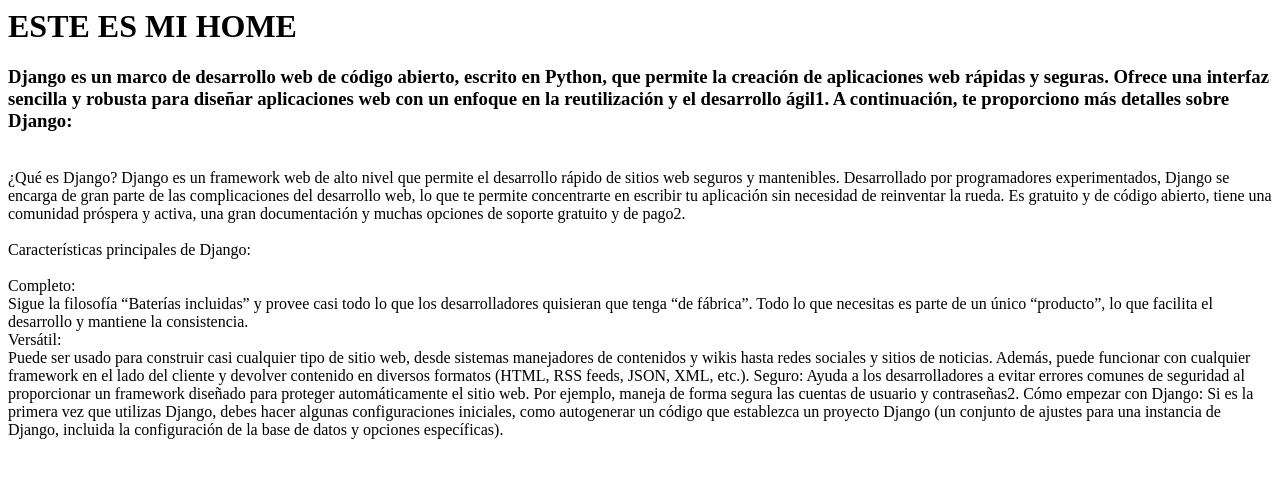
Repository: profe-ggarrido/desaf-aplic-web-python
Page: http://localhost/
An editor plug-in stored every save of this project. The page is shown before and after the next save, followed by the edit.
The browser window is 1280 px wide. The pictures show the whole page.
The page is served by the project's application, run on Django 4.2 (pro_alfa/manage.py). Other server files are loaded and not shown.

Above is the page before, as saved 2024-04-30 13:37:16.

### pro_alfa/mascotasApp/views.py
from django.shortcuts import render

#Se debe importar la libreria HttpResponse
from django.http import HttpResponse


def home(request):
    return HttpResponse(
        """
        <h1>ESTE ES MI HOME</h1>
        <h3>Django es un marco de desarrollo web de código abierto, escrito en Python, que permite la creación de aplicaciones web rápidas y seguras. Ofrece una interfaz sencilla y robusta para diseñar aplicaciones web con un enfoque en la reutilización y el desarrollo ágil1. A continuación, te proporciono más detalles sobre Django:</h3><br>

¿Qué es Django?
Django es un framework web de alto nivel que permite el desarrollo rápido de sitios web seguros y mantenibles.
Desarrollado por programadores experimentados, Django se encarga de gran parte de las complicaciones del desarrollo web, lo que te permite concentrarte en escribir tu aplicación sin necesidad de reinventar la rueda.
Es gratuito y de código abierto, tiene una comunidad próspera y activa, una gran documentación y muchas opciones de soporte gratuito y de pago2.<br><br>
Características principales de Django:<br><br>
Completo: <br>Sigue la filosofía “Baterías incluidas” y provee casi todo lo que los desarrolladores quisieran que tenga “de fábrica”. Todo lo que necesitas es parte de un único “producto”, lo que facilita el desarrollo y mantiene la consistencia.<br>
Versátil: <br>Puede ser usado para construir casi cualquier tipo de sitio web, desde sistemas manejadores de contenidos y wikis hasta redes sociales y sitios de noticias. Además, puede funcionar con cualquier framework en el lado del cliente y devolver contenido en diversos formatos (HTML, RSS feeds, JSON, XML, etc.).
Seguro: Ayuda a los desarrolladores a evitar errores comunes de seguridad al proporcionar un framework diseñado para proteger automáticamente el sitio web. Por ejemplo, maneja de forma segura las cuentas de usuario y contraseñas2.
Cómo empezar con Django:
Si es la primera vez que utilizas Django, debes hacer algunas configuraciones iniciales, como autogenerar un código que establezca un proyecto Django (un conjunto de ajustes para una instancia de Django, incluida la configuración de la base de datos y opciones específicas).

    """
    )

def about(request):
    return HttpResponse("""
            <p>Lorem ipsum dolor sit amet consectetur, adipisicing elit. Cum laboriosam numquam consequatur,
            placeat natus voluptas dolorum, fugit excepturi rerum aliquid possimus at facilis laborum s
            ed? Vitae temporibus officia quos fuga.</p>

            """)


def contacto(request):
    return HttpResponse("""
        <!DOCTYPE html>
<html lang="es">
<head>
    <meta charset="UTF-8">
    <meta name="viewport" content="width=device-width, initial-scale=1.0">
    <title>Formulario de Contacto</title>
</head>
<body>
    <h2>Formulario de Contacto</h2>
    <form action="#" method="POST">
        <div>
            <label for="nombre">Nombre:</label>
            <input type="text" id="nombre" name="nombre" required>
        </div>
        <div>
            <label for="email">Correo Electrónico:</label>
            <input type="email" id="email" name="email" required>
        </div>
        <div>
            <label for="comentario">Comentario:</label>
            <textarea id="comentario" name="comentario" rows="4" required></textarea>
        </div>
        <div>
            <button type="submit">Enviar</button>
        </div>
    </form>
</body>
</html>

        """
                        )

### pro_alfa/pro_alfa/urls.py
"""
URL configuration for pro_alfa project.

The `urlpatterns` list routes URLs to views. For more information please see:
    https://docs.djangoproject.com/en/4.2/topics/http/urls/
Examples:
Function views
    1. Add an import:  from my_app import views
    2. Add a URL to urlpatterns:  path('', views.home, name='home')
Class-based views
    1. Add an import:  from other_app.views import Home
    2. Add a URL to urlpatterns:  path('', Home.as_view(), name='home')
Including another URLconf
    1. Import the include() function: from django.urls import include, path
    2. Add a URL to urlpatterns:  path('blog/', include('blog.urls'))
"""
from django.contrib import admin
from django.urls import path

from mascotasApp.views import home
from mascotasApp.views import about
from mascotasApp.views import contacto


urlpatterns = [
    path('admin/', admin.site.urls),

    path("",home),
    path("about/",about),
    path("contacto/",contacto)
]

After the next save:
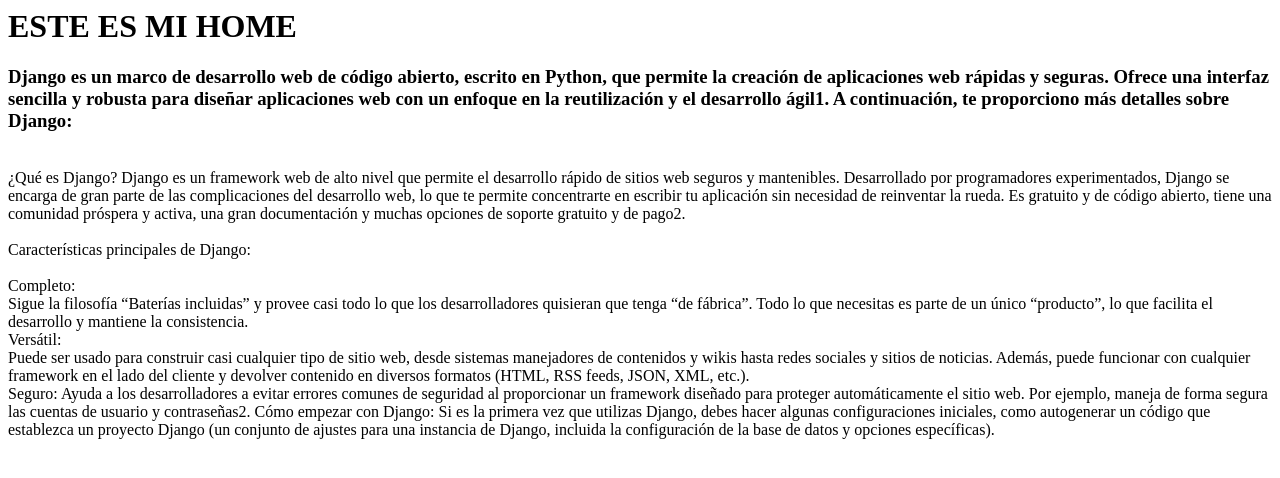
Saved 30 s later.
--- a/pro_alfa/mascotasApp/views.py
+++ b/pro_alfa/mascotasApp/views.py
@@ -16,7 +16,7 @@
 Es gratuito y de código abierto, tiene una comunidad próspera y activa, una gran documentación y muchas opciones de soporte gratuito y de pago2.<br><br>
 Características principales de Django:<br><br>
 Completo: <br>Sigue la filosofía “Baterías incluidas” y provee casi todo lo que los desarrolladores quisieran que tenga “de fábrica”. Todo lo que necesitas es parte de un único “producto”, lo que facilita el desarrollo y mantiene la consistencia.<br>
-Versátil: <br>Puede ser usado para construir casi cualquier tipo de sitio web, desde sistemas manejadores de contenidos y wikis hasta redes sociales y sitios de noticias. Además, puede funcionar con cualquier framework en el lado del cliente y devolver contenido en diversos formatos (HTML, RSS feeds, JSON, XML, etc.).
+Versátil: <br>Puede ser usado para construir casi cualquier tipo de sitio web, desde sistemas manejadores de contenidos y wikis hasta redes sociales y sitios de noticias. Además, puede funcionar con cualquier framework en el lado del cliente y devolver contenido en diversos formatos (HTML, RSS feeds, JSON, XML, etc.).<br>
 Seguro: Ayuda a los desarrolladores a evitar errores comunes de seguridad al proporcionar un framework diseñado para proteger automáticamente el sitio web. Por ejemplo, maneja de forma segura las cuentas de usuario y contraseñas2.
 Cómo empezar con Django:
 Si es la primera vez que utilizas Django, debes hacer algunas configuraciones iniciales, como autogenerar un código que establezca un proyecto Django (un conjunto de ajustes para una instancia de Django, incluida la configuración de la base de datos y opciones específicas).
